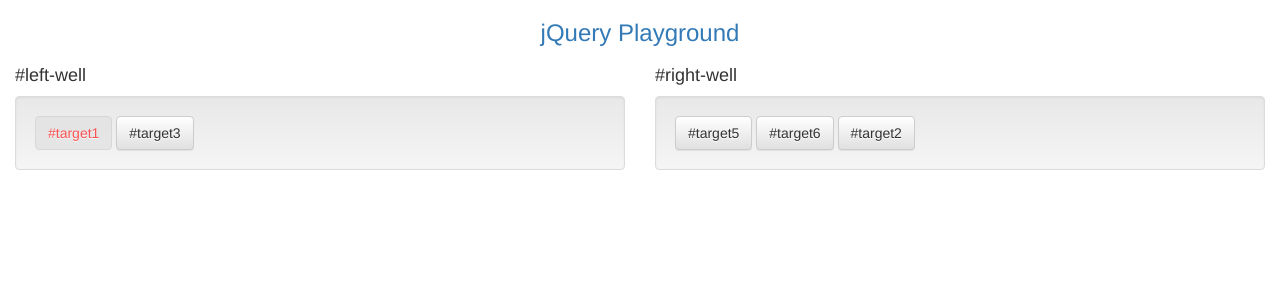
Repository: glgeorgiou/100-days-of-code-projects
Page: Front End Libraries Certification/2.Introduction to jQuery/13.clone-an-element.html
These files come from the project's save history. The page is drawn as it stood at one moment and after the next save; the edit follows.
The browser window is 1280 px wide. The pictures show the whole page.

Above is the page before, as saved 2019-05-22 14:01:40.

After the next save:
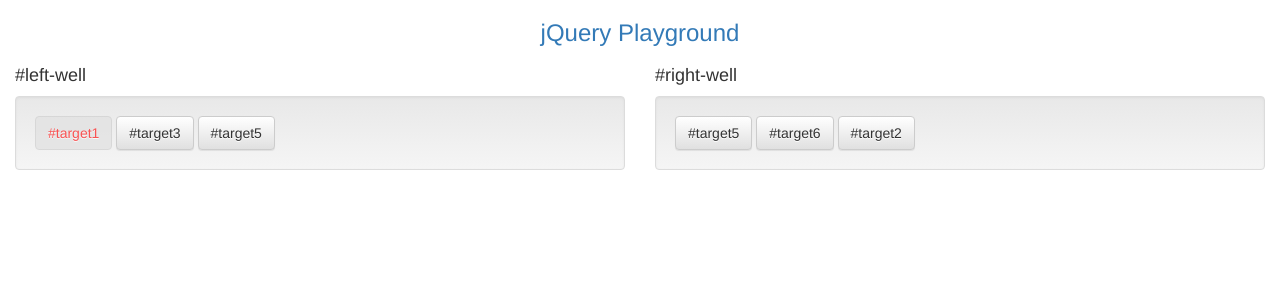
Saved 2 min 31 s later.
--- a/Front End Libraries Certification/2.Introduction to jQuery/13.clone-an-element.html
+++ b/Front End Libraries Certification/2.Introduction to jQuery/13.clone-an-element.html
@@ -16,14 +16,14 @@
 </head>
 
 <body>
-    <!-- https://api.jquery.com/appendTo/ -->
+    <!-- https://api.jquery.com/appendTo/, https://api.jquery.com/clone/ -->
     <script>
         $(document).ready(function() {
             $("#target1").css("color", "red");
             $("#target1").prop("disabled", true);
             $("#target4").remove();
             $("#target2").appendTo("#right-well");
-
+            $("#target5").clone().appendTo("#left-well");
         });
     </script>
   <!-- Only change code above this line. -->
